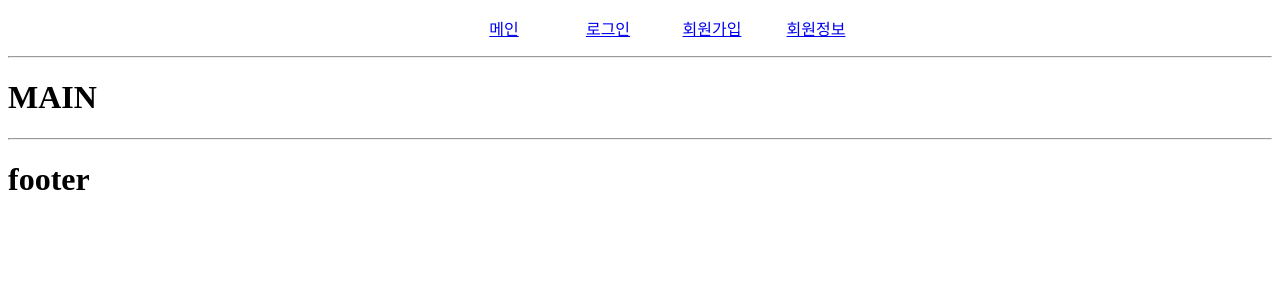
Repository: leesangbok/jsp-work
Page: http://localhost/cos/main.jsp
An editor plug-in stored every save of this project. The page is shown before and after the next save, followed by the edit.
The browser window is 1280 px wide. The pictures show the whole page.
The page is served by Tomcat 9.

Above is the page before, as saved 2020-08-22 07:07:02.

After the next save:
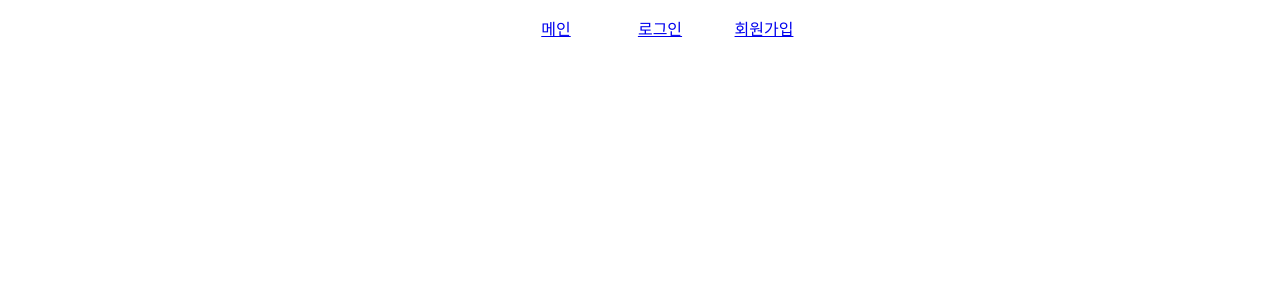
Saved 3 min 0 s later.
--- a/cos/WebContent/layout/header.jsp
+++ b/cos/WebContent/layout/header.jsp
@@ -24,7 +24,27 @@
 		<li><a href="main.jsp" title="">메인</a></li>
 		<li><a href="login.jsp" title="">로그인</a></li>
 		<li><a href="join.jsp" title="">회원가입</a></li>
-		<li><a href="info.jsp" title="">회원정보</a></li>
+		<%
+	if(session.getAttribute("auth") == null){
+
+		out.print("<script>alert('인증되지 않았습니다.')</script>");
+
+		/* response.sendRedirect("login.jsp"); */
+		return;
+	}
+
+boolean islogin = (boolean)session.getAttribute("auth");
+
+if(islogin == true){
+
+%>
+	<li><a href="info.jsp" title="">회원정보</a></li>
+<%
+}
+
+%>
+
+
 	</ul>
 	<hr/>
 </body>

After the save that followed:
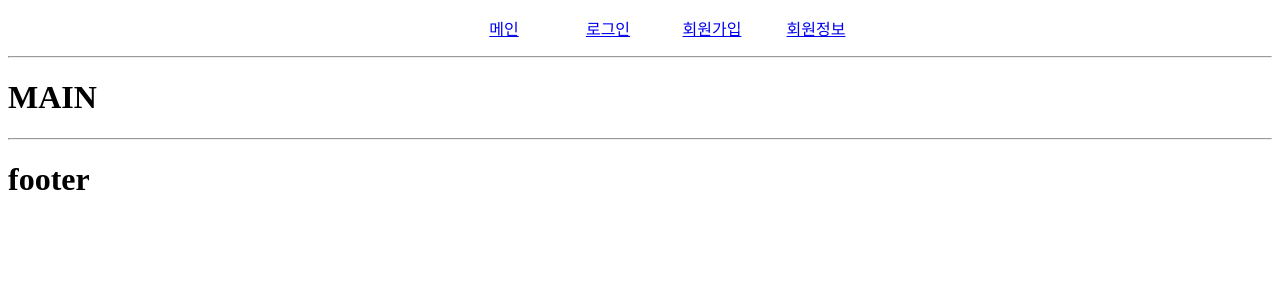
Saved 36 s later.
--- a/cos/WebContent/layout/header.jsp
+++ b/cos/WebContent/layout/header.jsp
@@ -24,27 +24,7 @@
 		<li><a href="main.jsp" title="">메인</a></li>
 		<li><a href="login.jsp" title="">로그인</a></li>
 		<li><a href="join.jsp" title="">회원가입</a></li>
-		<%
-	if(session.getAttribute("auth") == null){
-
-		out.print("<script>alert('인증되지 않았습니다.')</script>");
-
-		/* response.sendRedirect("login.jsp"); */
-		return;
-	}
-
-boolean islogin = (boolean)session.getAttribute("auth");
-
-if(islogin == true){
-
-%>
-	<li><a href="info.jsp" title="">회원정보</a></li>
-<%
-}
-
-%>
-
-
+		<li><a href="info.jsp" title="">회원정보</a></li>
 	</ul>
 	<hr/>
 </body>
